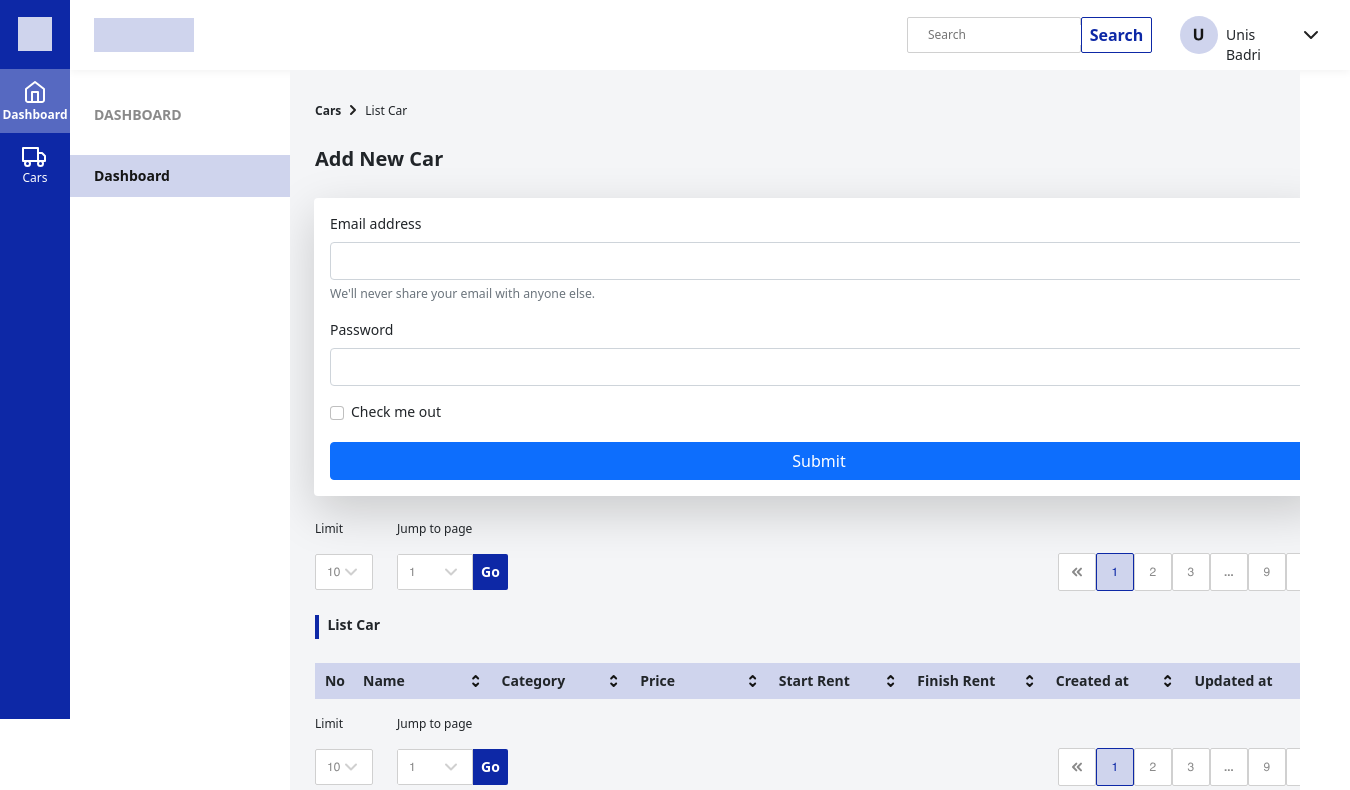
Repository: farrelmuhammad/challenge-7-binar
Page: /carlist/add
These files come from the project's save history. The page is drawn as it stood at one moment and after the next save; the edit follows.
The browser window is 1280 px wide. The page is 1350 px wide, so the pictures cover 1350 px, including what lies to the right of the window. The pictures show the whole page.
The project was rebuilt for these pictures with package versions that can differ from the ones it lists, and the page was loaded fresh each time. Also part of the build but not shown: src/component/navbar.js, src/component/header.js, src/component/footer.js, src/App.js, src/component/admin/Dashboard/index.jsx, src/pages/admin/Dashboard.js, src/component/admin/Cars/index.jsx, src/pages/admin/CarsList.js and 2 more.

Above is the page before, as saved 2022-05-27 21:08:14.

After the next save:
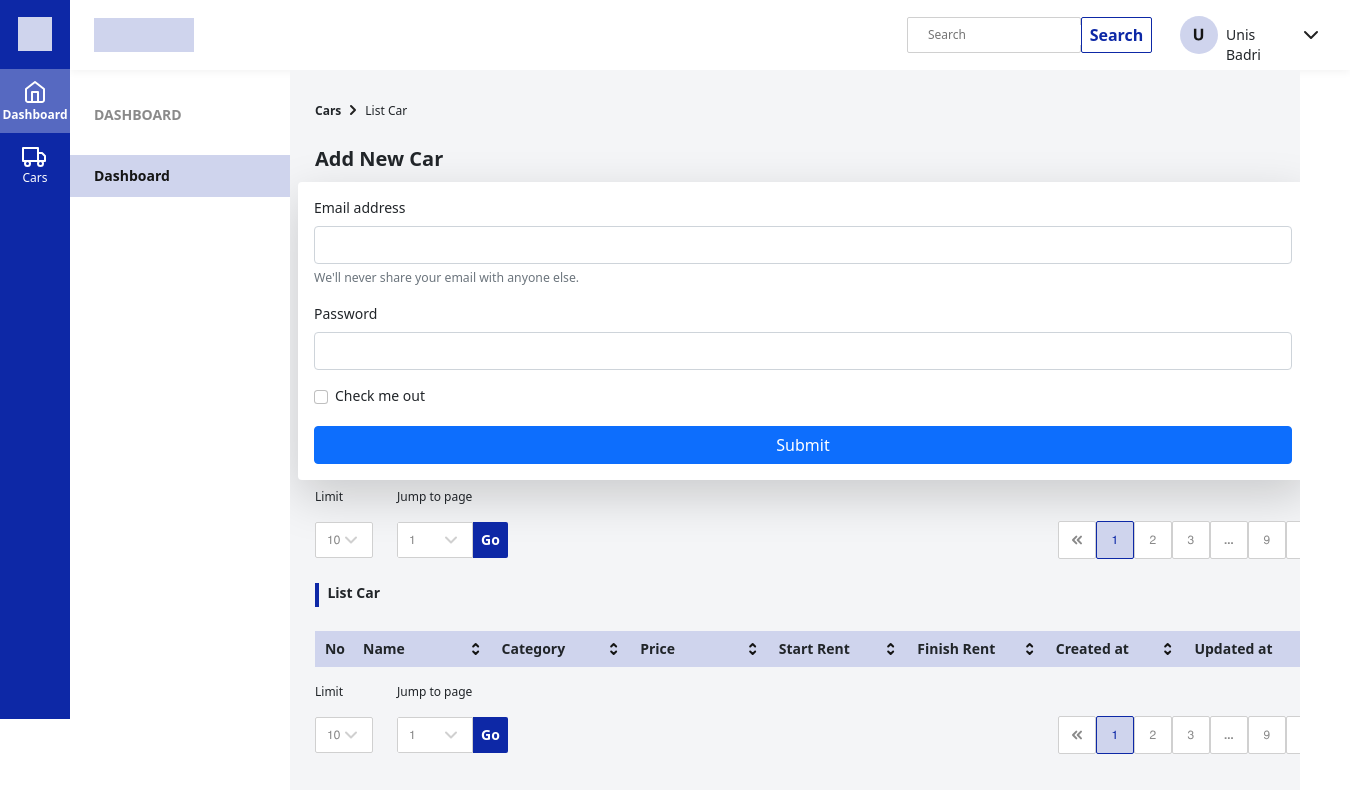
Saved 18 s later.
--- a/src/component/admin/Cars/add/index.jsx
+++ b/src/component/admin/Cars/add/index.jsx
@@ -15,7 +15,7 @@ export const AddCar = () => {
 
 
 
-                <form className="container-list shadow-lg p-3 m-4 bg-body rounded d-flex flex-column" style={{width: '100%', height: '100'}}>
+                <form className="container-list shadow-lg p-3 m-2 bg-body rounded d-flex flex-column" style={{width: '100%', height: '100'}}>
                     <div class="mb-3">
                         <label for="exampleInputEmail1" class="form-label">Email address</label>
                         <input type="email" class="form-control" id="exampleInputEmail1" aria-describedby="emailHelp"/>
